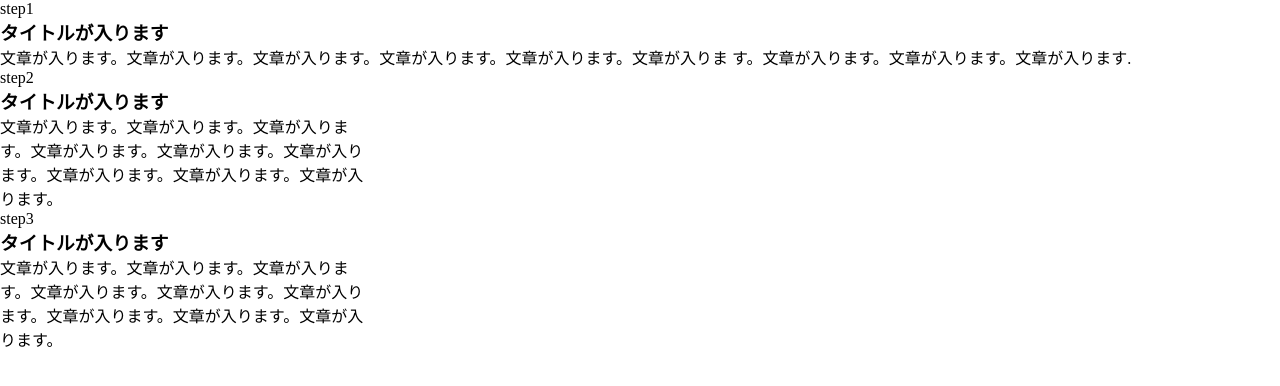
Repository: yesohnuki/shinya-ohnuki
Page: caravan/10.html
The author's editor kept a record of every edit. The page is drawn from the files as they stood at one moment, then again after the next edit.
The browser window is 1280 px wide. The pictures show the whole page.

Above is the page before.

### caravan/10.html
<!DOCTYPE html>
<html>
  <head>
    <meta charset="UTF-8" />
    <link rel="stylesheet" href="10.css" />
    <title>CARAVAN</title>
  </head>

  <body>
    <header></header>

    <main>
      <div class="step-box">
      <div class="step-img1"></div>
      <span class="step-num">step1</span>
       <h3 class="title">タイトルが入ります</h3>
        <p class="text">
          文章が入ります。文章が入ります。文章が入ります。文章が入ります。文章が入ります。文章が入りま
          す。文章が入ります。文章が入ります。文章が入ります.
        </p>
      </div>

      <div class="step-box">
      <div class="step-img2"></div>
      <span class="step-num">step2</span>
       <h3 class="title">タイトルが入ります</h3>
        <p class="text">
          文章が入ります。文章が入ります。文章が入りま<br />
          す。文章が入ります。文章が入ります。文章が入り<br />
          ます。文章が入ります。文章が入ります。文章が入<br />
          ります。<br />
        </p>
      </div>

      <div class="step-box">
      <div class="step-img3"></div>
      <span class="step-num">step3</span>
       <h3 class="title">タイトルが入ります</h3>
        <p class="text">
          文章が入ります。文章が入ります。文章が入りま<br />
          す。文章が入ります。文章が入ります。文章が入り<br />
          ます。文章が入ります。文章が入ります。文章が入<br />
          ります。<br />
        </p>
      </div>

　　  </main>

    <footer></footer>
  <body>
</html>

### caravan/10.css
* {
  margin: 0;
  padding: 0;
  box-sizing: border-box;
}

.box1 {
  height: 50px;
  width: 100%;
  background-color: #FF9A4B;
}

.main {
  width: 960px;
  display: flex; /* Flexboxの利用 */
  justify-content: center;
  margin-top: 50px;
  margin-bottom: 50px;
}

.main-name {


}
.blog {
  height: 180px;
  width: 300px;
  background-color: #EEEEEE;
  margin-right: 30px; /* 領域の右側余白 */
  margin-left: 30px;
}

.blog-text {
  margin-top: 15px;
  margin-bottom: 5px;
}


.sidebar-left {
  height: 180px;
  width: 300px;
  background-color: #EEEEEE;
  margin-right: 30px; /* 領域の右側余白 */
  margin-left: 30px;
}

.sidebar-right {
  height: 180px;
  width: 300px;
  background-color: #EEEEEE;
  margin-right: 30px; /* 領域の右側余白 */
  margin-left: 30px;
}

.box2 {
  height: 50px;
  width: 100%;
  background-color: #AAAAAA;
}

After the next edit:
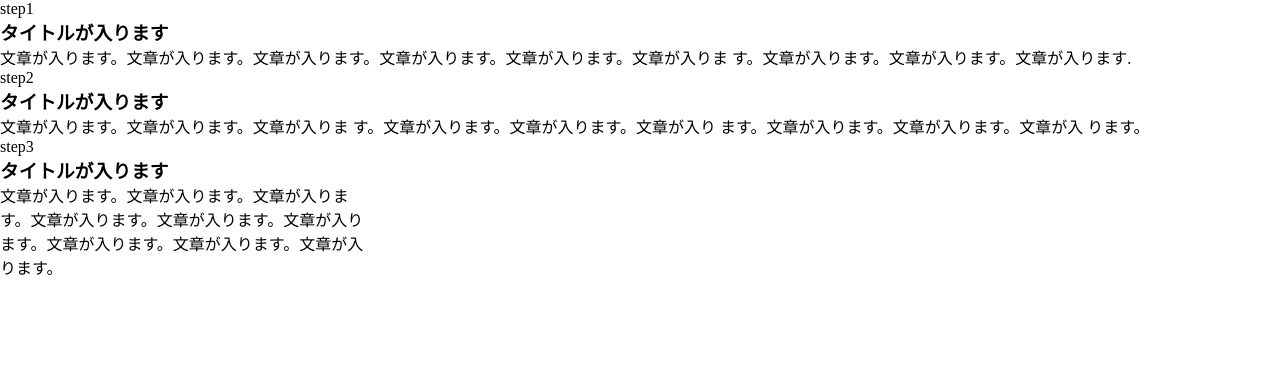
The edit:
--- a/caravan/10.html
+++ b/caravan/10.html
@@ -25,10 +25,10 @@
       <span class="step-num">step2</span>
        <h3 class="title">タイトルが入ります</h3>
         <p class="text">
-          文章が入ります。文章が入ります。文章が入りま<br />
-          す。文章が入ります。文章が入ります。文章が入り<br />
-          ます。文章が入ります。文章が入ります。文章が入<br />
-          ります。<br />
+          文章が入ります。文章が入ります。文章が入りま
+          す。文章が入ります。文章が入ります。文章が入り
+          ます。文章が入ります。文章が入ります。文章が入
+          ります。
         </p>
       </div>
 
